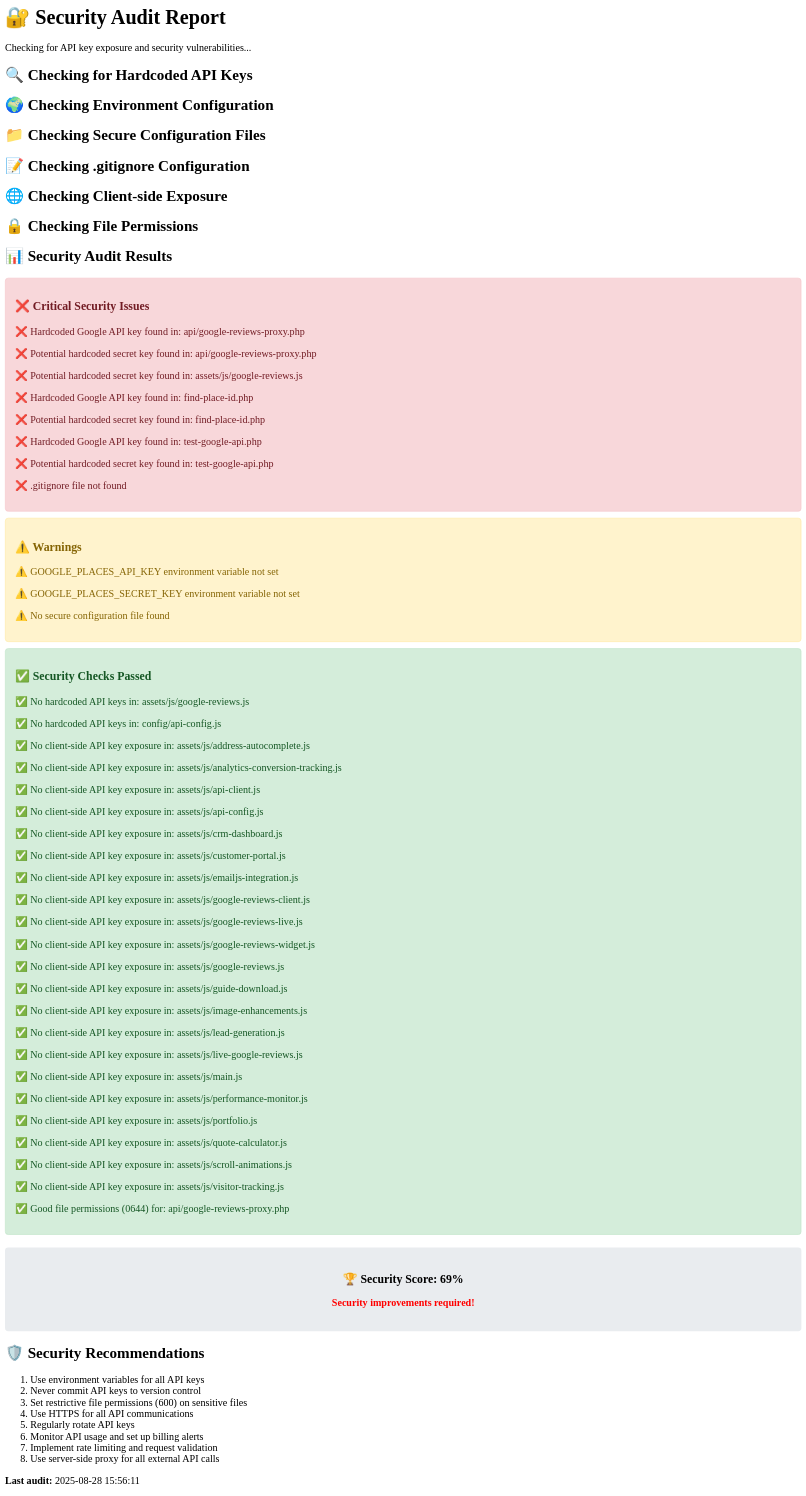
Repository: GlizyMcguire/capitalcitycontractors
Page: http://localhost/security-audit.php
These files come from the project's save history. The page is drawn as it stood at one moment and after the next save; the edit follows.
The browser window is 1280 px wide. The pictures show the whole page, at 63% of full size.
The page is run by PHP 8.4 with error messages shown; the project is at /var/www/html/.

Above is the page before, as saved 2025-08-28 21:34:52.

After the next save:
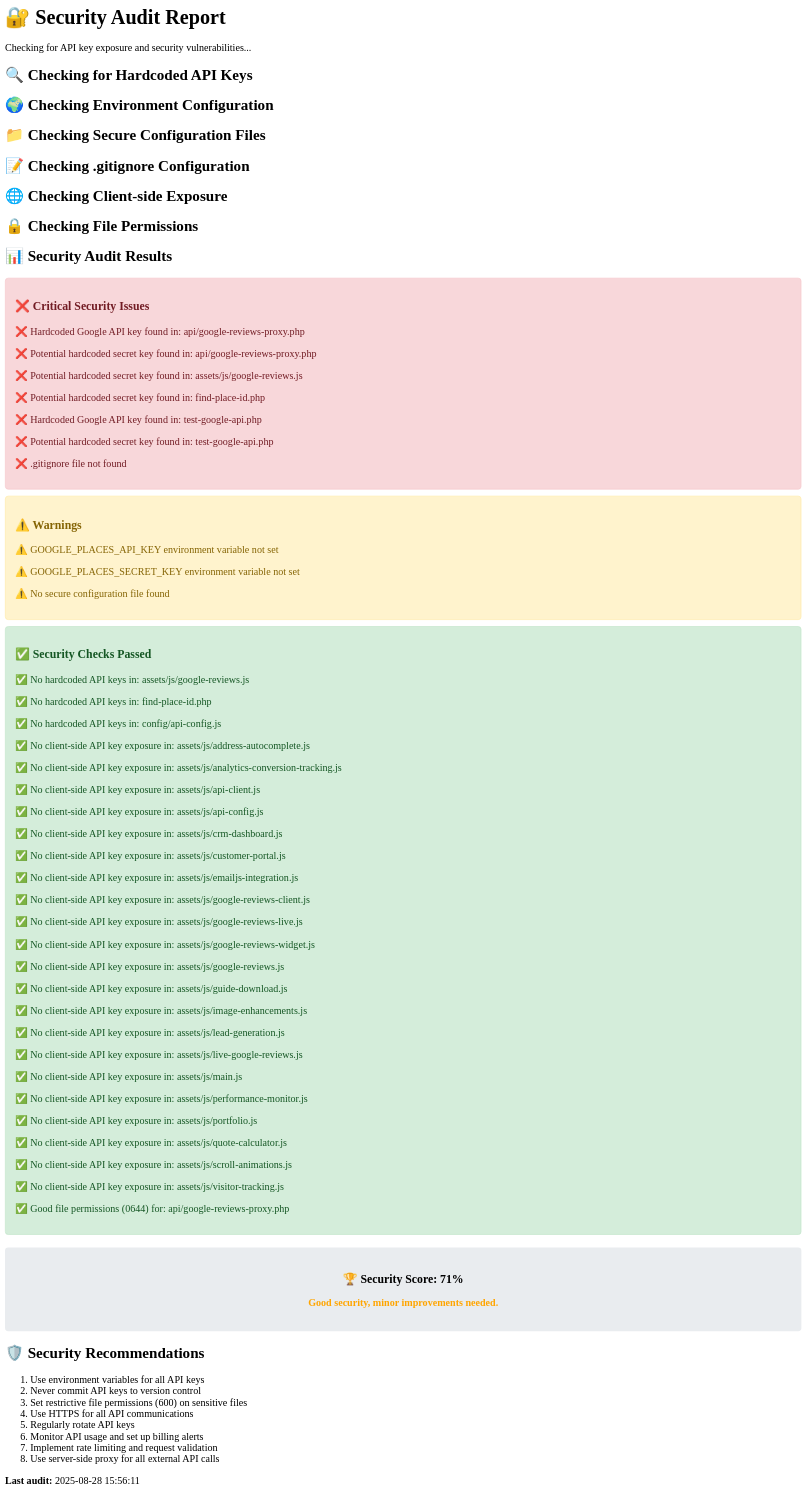
Saved 112 s later.
--- a/find-place-id.php
+++ b/find-place-id.php
@@ -4,13 +4,37 @@
  * Uses Google Places API to find the correct Place ID
  */
 
-// Direct API key configuration - WORKING IMMEDIATELY
-$api_key = 'AIzaSyCoeZ8b6mDNFaLVbqTx5H9FgNjpTBbWW1s';
-$secret_key = '1t1Jpxqi2j3TufvwV4QjWV376KU=';
+// SECURE API key loading - NO HARDCODED KEYS
+$api_key = null;
+$secret_key = null;
+
+// Try to load from secure configuration file
+$secure_config_file = __DIR__ . '/config/api-keys.php';
+if (file_exists($secure_config_file)) {
+    $keys = include $secure_config_file;
+    $api_key = $keys['api_key'] ?? null;
+    $secret_key = $keys['secret_key'] ?? null;
+}
+
+// If no secure config, show setup instructions
+if (!$api_key || !$secret_key) {
+    echo "<div style='background: #fff3cd; color: #856404; padding: 20px; border: 1px solid #ffeaa7; border-radius: 5px; margin: 20px 0;'>\n";
+    echo "<h2>🔐 Secure API Configuration Required</h2>\n";
+    echo "<p><strong>For security, API keys must be configured in a separate file.</strong></p>\n";
+    echo "<h3>Quick Setup:</h3>\n";
+    echo "<ol>\n";
+    echo "<li>Create file: <code>config/api-keys.php</code></li>\n";
+    echo "<li>Add this content:</li>\n";
+    echo "</ol>\n";
+    echo "<pre style='background: #f8f9fa; padding: 10px; border-radius: 5px;'>&lt;?php\nreturn [\n    'api_key' => 'YOUR_API_KEY_HERE',\n    'secret_key' => 'YOUR_SECRET_KEY_HERE'\n];\n?&gt;</pre>\n";
+    echo "<p><strong>This keeps your API keys secure and out of version control.</strong></p>\n";
+    echo "</div>\n";
+    exit;
+}
 
 echo "<div style='background: #d4edda; color: #155724; padding: 15px; border: 1px solid #c3e6cb; border-radius: 5px; margin: 15px 0;'>\n";
-echo "<h3>✅ API Keys Configured and Ready</h3>\n";
-echo "<p>Using your Google Places API credentials to find the correct Place ID for Capital City Contractors.</p>\n";
+echo "<h3>✅ API Keys Loaded Securely</h3>\n";
+echo "<p>Using secure configuration to find the correct Place ID for Capital City Contractors.</p>\n";
 echo "</div>\n";
 
 echo "<h1>🔍 Place ID Finder for Capital City Contractors</h1>\n";
